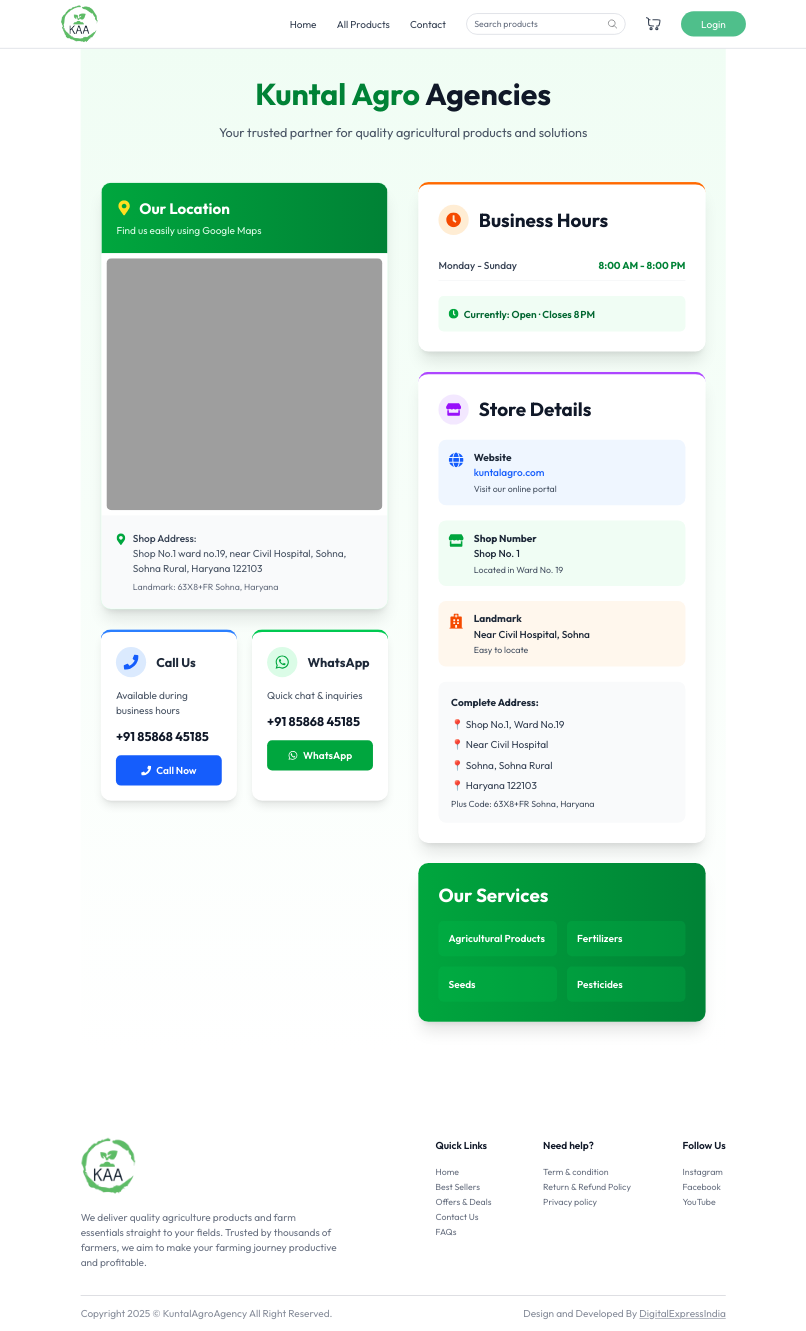
Repository: deepak445566/agro
Page: /contact (app in client/)
An editor plug-in stored every save of this project. The page is shown before and after the next save, followed by the edit.
The browser window is 1280 px wide. The pictures show the whole page, at 63% of full size.
Pictures or frames that could not be fetched are drawn as grey boxes. The page's requests for data from a server got no answer. Some web fonts or font styles are not loaded; a fallback is used. The project was rebuilt for these pictures with package versions that can differ from the ones it lists, and the page was loaded fresh each time. No one was signed in, and anything a server would have sent is missing. Also part of the build but not shown: client/vite.config.js, client/src/components/MainBanner.jsx, client/src/components/ProductCard.jsx, client/src/components/BestSeller.jsx, client/src/components/BottomBanner.jsx, client/src/components/NewsLetter.jsx, client/src/components/OurStory.jsx, client/src/components/Reviews.jsx and 19 more.

Above is the page before, as saved 2025-12-23 13:33:05.

### client/index.html
<!doctype html>
<html lang="en">
  <head>
    <meta charset="UTF-8" />
    <link rel="icon" type="image/svg+xml" href="/logo1.png" />
    <meta name="viewport" content="width=device-width, initial-scale=1.0" />
    <title>Kuntal Agro Agencies</title>
  </head>
  <body>
    <div id="root"></div>
    <script type="module" src="/src/main.jsx"></script>
  </body>
</html>

### client/src/main.jsx
import { StrictMode } from 'react'
import { createRoot } from 'react-dom/client'
import './index.css'
import App from './App.jsx'
import {BrowserRouter} from 'react-router-dom'
import { AppContextProvider } from './context/AppContext.jsx'


createRoot(document.getElementById('root')).render(
  <BrowserRouter>
  <AppContextProvider>
    <App />
    </AppContextProvider>
 </BrowserRouter>,
)

### client/src/index.css



@import url('https://fonts.googleapis.com/css2?family=Anton&family=Archivo+Black&family=Bebas+Neue&family=Bungee&family=Exo+2:ital,wght@0,100..900;1,100..900&family=Frijole&family=Kaushan+Script&family=Lilita+One&family=Mozilla+Headline:wght@200..700&family=Outfit:wght@100..900&family=Poppins:ital,wght@0,100;0,200;0,300;0,400;0,500;0,600;0,700;0,800;0,900;1,100;1,200;1,300;1,500;1,600;1,700;1,800;1,900&family=Rowdies:wght@300;400;700&family=Signika+Negative:wght@300..700&display=swap');

@import "tailwindcss";

*{
  font-family: "Outfit", sans-serif;
}
@theme {
  --color-primary:#4fbf8b;
  --color-primary-dull: #44ae7c;
}
/* ખાસ modal transitions */
.modal-enter {
  opacity: 0;
  transform: scale(0.9);
}

.modal-enter-active {
  opacity: 1;
  transform: scale(1);
  transition: opacity 300ms, transform 300ms;
}

.modal-exit {
  opacity: 1;
}

.modal-exit-active {
  opacity: 0;
  transform: scale(0.9);
  transition: opacity 300ms, transform 300ms;
}

### client/src/App.jsx
import React from 'react'
import Navbar from './components/Navbar'
import Home from './pages/Home'
import { Route, Routes, useLocation } from 'react-router-dom'
import { Toaster } from 'react-hot-toast';
import Footer from './components/Footer';
import { useAppContext } from './context/AppContext';
import Login from './components/Login';
import AllProduct from './pages/AllProduct';
import Productcato from './pages/Productcato';
import ProductDetail from './pages/ProductDetail';
import Cart from './pages/Cart';
import Addaddress from './components/Addaddress';
import Myorders from './pages/Myorders';
import SellerLogin from './components/seller/SellerLogin';
import SellerLayout from './pages/seller/SellerLayout';
import Addproduct from './pages/seller/Addproduct';
import ProductList from './pages/seller/ProductList';
import Order from './pages/seller/Order';
import Loading from './components/Loading';
import TermsAndConditions from './pages/Term';
import ReturnRefundPolicy from './pages/Return';
import PrivacyPolicy from './pages/Policy';
import Contact from './components/Contact';

function App() {
  const isSellerPath = useLocation().pathname.includes("seller");
  const {showLogin,isSeller} = useAppContext();

  return (
    <>
      <div className='text-default min-h-screen text-gray-700 bg-white'>
        {isSellerPath ? null : <Navbar/>}
        {showLogin ? <Login/> : null}
        <Toaster></Toaster>
        <div className={` ${isSellerPath ? " ":"px-6 md:px-16 lg:px-24 xl:px-32" }`}>
          <Routes>
            <Route path='/' element={<Home/>}/>
            <Route path='/products' element={<AllProduct/>}/>

            {/* सबसे specific route पहले - subcategory route */}
            <Route path='/products/:category/:subcategory' element={<Productcato/>}/>

            {/* फिर category route */}
            <Route path='/products/:category' element={<Productcato/>}/>

            {/* Product detail के लिए अलग route pattern */}
            <Route path='/product/:id' element={<ProductDetail/>}/>

            <Route path='/cart' element={<Cart/>}/>
            <Route path='/add-address' element={<Addaddress/>}/>
            <Route path='/myOrders' element={<Myorders/>}/>
            <Route path="/loader" element={<Loading/>}/>
            <Route path="/term" element={<TermsAndConditions/>}/>
            <Route path="/return" element={<ReturnRefundPolicy/>}/>
            <Route path='/policy' element={<PrivacyPolicy/>}/>
<Route path='/contact' element={<Contact/>}/>
            <Route path='/seller' element={isSeller?<SellerLayout/> :<SellerLogin/>}>
              <Route index element={isSeller?<Addproduct/>:null} />
              <Route path='product-list' element={isSeller?<ProductList/>:null} />
              <Route path='orders' element={<Order/>}/>
            </Route>
          </Routes>
        </div>
        {!isSellerPath && <Footer />}
      </div>
    </>
  )
}

export default App;

### client/src/components/Footer.jsx
import React from 'react'
import { assets, footerLinks } from '../assets/assets'

function Footer() {
  return (
 <>
  <div className="px-6 md:px-16 lg:px-24 xl:px-32 mt-24">
            <div className="flex flex-col md:flex-row items-start justify-between gap-10 py-10 border-b border-gray-500/30 text-gray-500">
                <div>
                    <img className="w-34 md:w-22" src="/logo1.png" alt="dummyLogoColored" />
                    <p className="max-w-[410px] mt-6">We deliver quality agriculture products and farm essentials straight to your fields. Trusted by thousands of farmers, we aim to make your farming journey productive and profitable.</p>
                </div>
                <div className="flex flex-wrap justify-between w-full md:w-[45%] gap-5 ">
                    {footerLinks.map((section, index) => (
                        <div key={index}>
                            <h3 className="font-semibold text-base text-gray-900 md:mb-5 mb-2">{section.title}</h3>
                            <ul className="text-sm space-y-1">
                                {section.links.map((link, i) => (
                                    <li key={i}>
                                        <a href={link.url} className="hover:underline transition">{link.text}</a>
                                    </li>
                                ))}
                            </ul>
                        </div>
                    ))}
                </div>
            </div>
            <div className='flex justify-between'>
    <p className="py-4 text-center text-sm md:text-base text-gray-500/80">
        Copyright 2025 © <a href="#" className="hover:text-gray-700">KuntalAgroAgency</a> All Right Reserved.
    </p>
    <p className="py-4 text-center text-sm md:text-base text-gray-500/80">
        Design and Developed By <a
            href="https://www.digitalexpressindia.com"
            target="_blank"
            rel="noopener noreferrer"
            className="hover:text-gray-700 underline"
        >
            DigitalExpressIndia
        </a>
    </p>
</div>
        </div>

 </>
  )
}

export default Footer

### client/src/components/Contact.jsx
import React from 'react';
import { FaPhone, FaMapMarkerAlt, FaGlobe, FaClock, FaStore, FaHospital, FaWhatsapp } from 'react-icons/fa';

const Contact = () => {
  const handleCall = () => {
    window.location.href = 'tel:+918586845185';
  };

  const handleWhatsApp = () => {
    window.open('https://wa.me/918586845185', '_blank');
  };

  const handleWebsite = () => {
    window.open('https://kuntalagro.com', '_blank');
  };

  return (
    <div className="min-h-screen bg-gradient-to-b from-green-50 to-white py-12 px-4 sm:px-6 lg:px-8">
      <div className="max-w-6xl mx-auto">
        {/* Header */}
        <div className="text-center mb-16">
          <h1 className="text-5xl font-bold text-gray-900 mb-6">
            <span className="text-green-700">Kuntal Agro</span> Agencies
          </h1>
          <p className="text-xl text-gray-600 max-w-3xl mx-auto">
            Your trusted partner for quality agricultural products and solutions
          </p>
        </div>

        <div className="grid grid-cols-1 lg:grid-cols-2 gap-12">
          {/* Left Column - Contact Information & Map */}
          <div className="space-y-8">
            {/* Google Map */}
            <div className="bg-white rounded-2xl shadow-xl overflow-hidden border border-green-100">
              <div className="p-6 bg-gradient-to-r from-green-600 to-green-700 text-white">
                <h3 className="text-2xl font-bold flex items-center gap-3">
                  <FaMapMarkerAlt className="text-yellow-300" />
                  Our Location
                </h3>
                <p className="mt-2 text-green-100">Find us easily using Google Maps</p>
              </div>
              <div className="p-2 bg-white">
                <iframe
                  src="https://www.google.com/maps/embed?pb=!1m18!1m12!1m3!1d3514.6354944589857!2d77.06450097390095!3d28.248741201408393!2m3!1f0!2f0!3f0!3m2!1i1024!2i768!4f13.1!3m3!1m2!1s0x390d25006c6ca257%3A0xef37336c16e31e82!2sKuntal%20Agro%20Agencies!5e0!3m2!1sen!2sin!4v1766205587116!5m2!1sen!2sin"
                  width="100%"
                  height="400"
                  style={{ border: 0 }}
                  allowFullScreen
                  loading="lazy"
                  referrerPolicy="no-referrer-when-downgrade"
                  className="rounded-lg"
                  title="Kuntal Agro Agencies Location"
                ></iframe>
              </div>
              <div className="p-6 bg-gray-50">
                <div className="flex items-start gap-3 text-gray-700">
                  <FaMapMarkerAlt className="text-green-600 text-xl mt-1" />
                  <div>
                    <p className="font-medium">Shop Address:</p>
                    <p className="text-gray-600">Shop No.1 ward no.19, near Civil Hospital, Sohna, Sohna Rural, Haryana 122103</p>
                    <p className="mt-2 text-sm text-gray-500">Landmark: 63X8+FR Sohna, Haryana</p>
                  </div>
                </div>
              </div>
            </div>

            {/* Contact Cards */}
            <div className="grid grid-cols-1 md:grid-cols-2 gap-6">
              {/* Phone Card */}
              <div className="bg-white rounded-2xl shadow-lg p-6 border-t-4 border-blue-500 hover:shadow-xl transition-shadow duration-300">
                <div className="flex items-center gap-4 mb-4">
                  <div className="p-3 bg-blue-100 rounded-full">
                    <FaPhone className="text-blue-600 text-2xl" />
                  </div>
                  <h3 className="text-xl font-bold text-gray-800">Call Us</h3>
                </div>
                <p className="text-gray-600 mb-4">Available during business hours</p>
                <a
                  href="tel:+918586845185"
                  className="text-xl font-bold text-gray-900 hover:text-blue-600 transition-colors block mb-4"
                >
                  +91 85868 45185
                </a>
                <button
                  onClick={handleCall}
                  className="w-full py-3 bg-blue-600 hover:bg-blue-700 text-white font-semibold rounded-lg transition-colors flex items-center justify-center gap-2"
                >
                  <FaPhone /> Call Now
                </button>
              </div>

              {/* WhatsApp Card */}
              <div className="bg-white rounded-2xl shadow-lg p-6 border-t-4 border-green-500 hover:shadow-xl transition-shadow duration-300">
                <div className="flex items-center gap-4 mb-4">
                  <div className="p-3 bg-green-100 rounded-full">
                    <FaWhatsapp className="text-green-600 text-2xl" />
                  </div>
                  <h3 className="text-xl font-bold text-gray-800">WhatsApp</h3>
                </div>
                <p className="text-gray-600 mb-4">Quick chat & inquiries</p>
                <p className="text-xl font-bold text-gray-900 mb-4">+91 85868 45185</p>
                <button
                  onClick={handleWhatsApp}
                  className="w-full py-3 bg-green-600 hover:bg-green-700 text-white font-semibold rounded-lg transition-colors flex items-center justify-center gap-2"
                >
                  <FaWhatsapp />  WhatsApp
                </button>
              </div>
            </div>
          </div>

          {/* Right Column - Store Details */}
          <div className="space-y-8">
            {/* Store Hours Card */}
            <div className="bg-white rounded-2xl shadow-xl p-8 border-t-4 border-orange-500">
              <div className="flex items-center gap-4 mb-6">
                <div className="p-3 bg-orange-100 rounded-full">
                  <FaClock className="text-orange-600 text-2xl" />
                </div>
                <h2 className="text-3xl font-bold text-gray-900">Business Hours</h2>
              </div>

              <div className="space-y-4">
                <div className="flex justify-between items-center py-3 border-b border-gray-100">
                  <span className="text-gray-700 font-medium">Monday - Sunday</span>
                  <span className="font-bold text-green-700">8:00 AM - 8:00 PM</span>
                </div>

                <div className="mt-6 p-4 bg-green-50 rounded-lg">
                  <div className="flex items-center gap-2 text-green-800 font-semibold">
                    <FaClock className="text-green-600" />
                    <span>Currently: Open · Closes 8 PM</span>
                  </div>
                </div>
              </div>
            </div>

            {/* Store Details Card */}
            <div className="bg-white rounded-2xl shadow-xl p-8 border-t-4 border-purple-500">
              <div className="flex items-center gap-4 mb-6">
                <div className="p-3 bg-purple-100 rounded-full">
                  <FaStore className="text-purple-600 text-2xl" />
                </div>
                <h2 className="text-3xl font-bold text-gray-900">Store Details</h2>
              </div>

              <div className="space-y-6">
                {/* Website */}
                <div className="flex items-start gap-4 p-4 bg-blue-50 rounded-xl hover:bg-blue-100 transition-colors cursor-pointer" onClick={handleWebsite}>
                  <FaGlobe className="text-blue-600 text-2xl mt-1" />
                  <div>
                    <h3 className="font-bold text-gray-800">Website</h3>
                    <p className="text-blue-600 font-medium hover:text-blue-800 transition-colors">
                      kuntalagro.com
                    </p>
                    <p className="text-sm text-gray-600 mt-1">Visit our online portal</p>
                  </div>
                </div>

                {/* Shop Number */}
                <div className="flex items-start gap-4 p-4 bg-green-50 rounded-xl">
                  <FaStore className="text-green-600 text-2xl mt-1" />
                  <div>
                    <h3 className="font-bold text-gray-800">Shop Number</h3>
                    <p className="text-gray-800 font-medium">Shop No. 1</p>
                    <p className="text-sm text-gray-600 mt-1">Located in Ward No. 19</p>
                  </div>
                </div>

                {/* Nearby Landmark */}
                <div className="flex items-start gap-4 p-4 bg-orange-50 rounded-xl">
                  <FaHospital className="text-orange-600 text-2xl mt-1" />
                  <div>
                    <h3 className="font-bold text-gray-800">Landmark</h3>
                    <p className="text-gray-800 font-medium">Near Civil Hospital, Sohna</p>
                    <p className="text-sm text-gray-600 mt-1">Easy to locate</p>
                  </div>
                </div>

                {/* Address Details */}
                <div className="p-5 bg-gray-50 rounded-xl">
                  <h4 className="font-bold text-gray-800 mb-3">Complete Address:</h4>
                  <div className="space-y-2 text-gray-700">
                    <p>📍 Shop No.1, Ward No.19</p>
                    <p>📍 Near Civil Hospital</p>
                    <p>📍 Sohna, Sohna Rural</p>
                    <p>📍 Haryana 122103</p>
                    <p className="text-sm text-gray-600 mt-2">Plus Code: 63X8+FR Sohna, Haryana</p>
                  </div>
                </div>
              </div>
            </div>

            {/* Services Offered */}
            <div className="bg-gradient-to-r from-green-600 to-green-700 rounded-2xl shadow-xl p-8 text-white">
              <h2 className="text-3xl font-bold mb-6">Our Services</h2>
              <div className="grid grid-cols-2 gap-4">
                <div className="bg-green-500/20 p-4 rounded-lg">
                  <p className="font-semibold">Agricultural Products</p>
                </div>
                <div className="bg-green-500/20 p-4 rounded-lg">
                  <p className="font-semibold">Fertilizers</p>
                </div>
                <div className="bg-green-500/20 p-4 rounded-lg">
                  <p className="font-semibold">Seeds</p>
                </div>
                <div className="bg-green-500/20 p-4 rounded-lg">
                  <p className="font-semibold">Pesticides</p>
                </div>
              </div>
            </div>
          </div>
        </div>

        {/* Footer Note */}

      </div>
    </div>
  );
};

export default Contact;

Loaded but not shown: client/src/assets/assets.js (185 lines, source omitted); client/src/components/Navbar.jsx (396 lines, source omitted); client/src/context/AppContext.jsx (189 lines, source omitted)

After the next save:
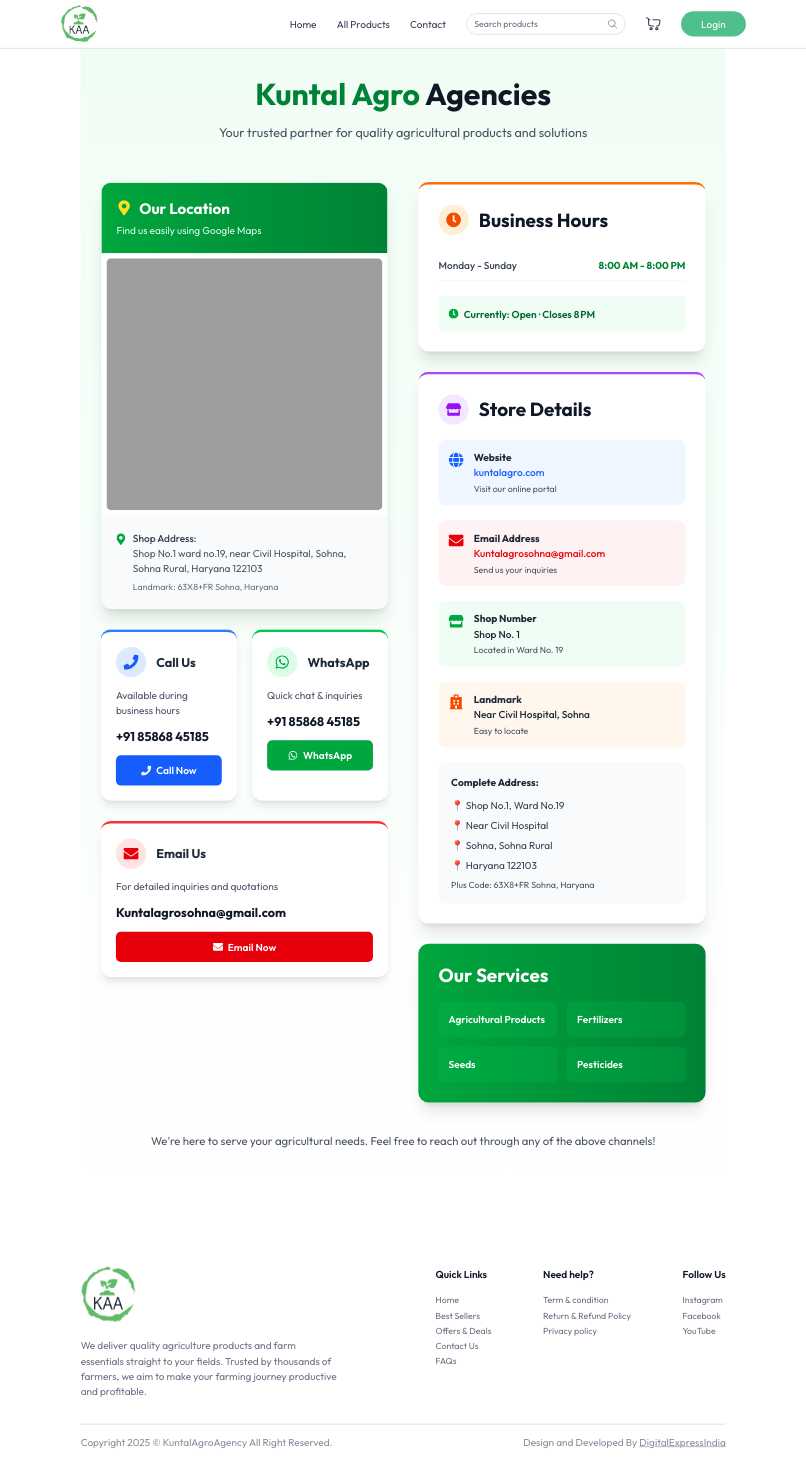
Saved 103 s later.
--- a/client/src/components/Contact.jsx
+++ b/client/src/components/Contact.jsx
@@ -1,5 +1,5 @@
 import React from 'react';
-import { FaPhone, FaMapMarkerAlt, FaGlobe, FaClock, FaStore, FaHospital, FaWhatsapp } from 'react-icons/fa';
+import { FaPhone, FaMapMarkerAlt, FaGlobe, FaClock, FaStore, FaHospital, FaWhatsapp, FaEnvelope } from 'react-icons/fa';
 
 const Contact = () => {
   const handleCall = () => {
@@ -12,6 +12,10 @@
 
   const handleWebsite = () => {
     window.open('https://kuntalagro.com', '_blank');
+  };
+
+  const handleEmail = () => {
+    window.location.href = 'mailto:Kuntalagrosohna@gmail.com';
   };
 
   return (
@@ -107,6 +111,24 @@
                 </button>
               </div>
             </div>
+
+            {/* Email Card - Added new card */}
+            <div className="bg-white rounded-2xl shadow-lg p-6 border-t-4 border-red-500 hover:shadow-xl transition-shadow duration-300">
+              <div className="flex items-center gap-4 mb-4">
+                <div className="p-3 bg-red-100 rounded-full">
+                  <FaEnvelope className="text-red-600 text-2xl" />
+                </div>
+                <h3 className="text-xl font-bold text-gray-800">Email Us</h3>
+              </div>
+              <p className="text-gray-600 mb-4">For detailed inquiries and quotations</p>
+              <p className="text-xl font-bold text-gray-900 mb-4">Kuntalagrosohna@gmail.com</p>
+              <button
+                onClick={handleEmail}
+                className="w-full py-3 bg-red-600 hover:bg-red-700 text-white font-semibold rounded-lg transition-colors flex items-center justify-center gap-2"
+              >
+                <FaEnvelope /> Email Now
+              </button>
+            </div>
           </div>
 
           {/* Right Column - Store Details */}
@@ -154,6 +176,18 @@
                       kuntalagro.com
                     </p>
                     <p className="text-sm text-gray-600 mt-1">Visit our online portal</p>
+                  </div>
+                </div>
+
+                {/* Email - Added to store details */}
+                <div className="flex items-start gap-4 p-4 bg-red-50 rounded-xl hover:bg-red-100 transition-colors cursor-pointer" onClick={handleEmail}>
+                  <FaEnvelope className="text-red-600 text-2xl mt-1" />
+                  <div>
+                    <h3 className="font-bold text-gray-800">Email Address</h3>
+                    <p className="text-red-600 font-medium hover:text-red-800 transition-colors">
+                      Kuntalagrosohna@gmail.com
+                    </p>
+                    <p className="text-sm text-gray-600 mt-1">Send us your inquiries</p>
                   </div>
                 </div>
 
@@ -213,7 +247,9 @@
         </div>
 
         {/* Footer Note */}
-
+        <div className="mt-12 text-center text-gray-600">
+          <p className="text-lg">We're here to serve your agricultural needs. Feel free to reach out through any of the above channels!</p>
+        </div>
       </div>
     </div>
   );
